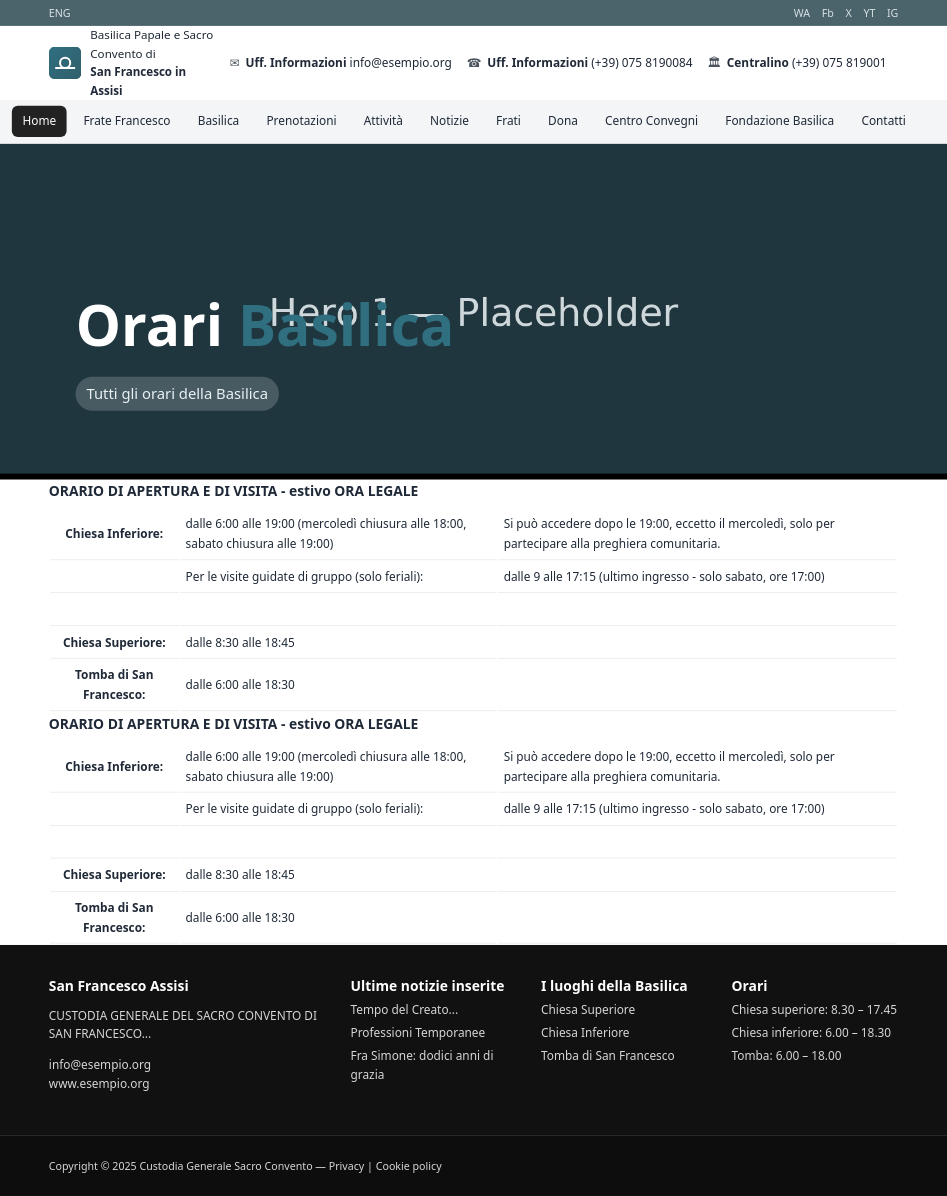
Repository: leacappello/basilica-platform-project
Page: pages/orari.html
An editor plug-in stored every save of this project. The page is shown before and after the next save, followed by the edit.
The browser window is 1280 px wide. The pictures show the whole page, at 74% of full size.

Above is the page before, as saved 2025-09-15 12:47:04.
Console error (its wording comes from the project's code and is left out).

### pages/orari.html
<!DOCTYPE html>
<html lang="it" class="no-js">

<head>
    <meta charset="utf-8" />
    <meta name="viewport" content="width=device-width, initial-scale=1" />
    <meta name="description"
        content="Basilica — Portale gemello (look & feel dimostrativo, contenuti e immagini originali)">
    <title>Basilica — Progetto gemello</title>

    <!-- Foglio di stile principale -->
    <link rel="stylesheet" href="../assets/styles.css" />

    <!-- Se JS è attivo, rimuoviamo la classe .no-js (utile per fallback menu) -->
    <script>document.documentElement.classList.remove('no-js');</script>
</head>

<body>

    <!-- ======================================================================
       TOPBAR: lingua + social (banda superiore sottile)
       ====================================================================== -->
    <div class="topbar">
        <div class="container topbar__inner">
            <div class="topbar__lang">
                <a href="#" aria-label="Versione in inglese">ENG</a>
            </div>
            <div class="topbar__social" aria-label="Social">
                <a href="#" aria-label="WhatsApp" title="WhatsApp">WA</a>
                <a href="#" aria-label="Facebook" title="Facebook">Fb</a>
                <a href="#" aria-label="X" title="X">X</a>
                <a href="#" aria-label="YouTube" title="YouTube">YT</a>
                <a href="#" aria-label="Instagram" title="Instagram">IG</a>
            </div>
        </div>
    </div>

    <!-- ======================================================================
       HEADER (masthead): logo + contatti rapidi + hamburger mobile
       Sticky con nav principale subito sotto
       ====================================================================== -->
    <header class="masthead">
        <div class="container masthead__inner">
            <!-- BRAND: logo + denominazione (il logo è decorativo; il nome è testuale) -->
            <a class="brand" href="#home" aria-label="Vai alla Home">
                <img src="images/logo.svg" alt="" class="brand__logo" aria-hidden="true" />
                <span class="brand__name">
                    Basilica Papale e Sacro Convento di<br />
                    <strong>San Francesco in Assisi</strong>
                </span>
            </a>

            <!-- CONTATTI RAPIDI: tre blocchi -->
            <ul class="masthead__contacts" aria-label="Contatti rapidi">
                <li>
                    <span class="ic" aria-hidden="true">✉</span>
                    <div>
                        <strong>Uff. Informazioni</strong>
                        <a href="mailto:info@esempio.org">info@esempio.org</a>
                    </div>
                </li>
                <li>
                    <span class="ic" aria-hidden="true">☎</span>
                    <div>
                        <strong>Uff. Informazioni</strong>
                        <a href="tel:+390758190084">(+39) 075 8190084</a>
                    </div>
                </li>
                <li>
                    <span class="ic" aria-hidden="true">🏛</span>
                    <div>
                        <strong>Centralino</strong>
                        <a href="tel:+39075819001">(+39) 075 819001</a>
                    </div>
                </li>
            </ul>

            <!-- HAMBURGER per mobile -->
            <button id="menu-button" class="menu-button" aria-controls="primary-nav" aria-expanded="false">
                <span class="sr-only">Apri/chiudi menu</span>
                <span aria-hidden="true" class="menu-icon"></span>
            </button>
        </div>

        <!-- NAV PRINCIPALE (mega-nav semplificato con sottomenù a tendina) -->
        <nav id="primary-nav" class="nav" aria-label="Navigazione principale">
            <ul class="nav__root">
                <li class="is-active"><a href="#home">Home</a></li>

                <li class="has-sub">
                    <a href="#frate">Frate Francesco</a>
                    <ul class="nav__sub">
                        <li><a href="#">Storia di un santo</a></li>
                        <li><a href="#">Scritti</a></li>
                    </ul>
                </li>

                <li class="has-sub">
                    <a href="#basilica">Basilica</a>
                    <ul class="nav__sub">
                        <li><a href="#">Chiesa superiore</a></li>
                        <li><a href="#">Chiesa inferiore</a></li>
                        <li><a href="#">Cripta</a></li>
                    </ul>
                </li>

                <li class="has-sub">
                    <a href="#prenotazioni">Prenotazioni</a>
                    <ul class="nav__sub">
                        <li><a href="#">Visite individuali</a></li>
                        <li><a href="#">Gruppi</a></li>
                    </ul>
                </li>

                <li class="has-sub">
                    <a href="#attivita">Attività</a>
                    <ul class="nav__sub">
                        <li><a href="#">Pastorale</a></li>
                        <li><a href="#">Cultura</a></li>
                    </ul>
                </li>

                <li><a href="#notizie">Notizie</a></li>

                <li class="has-sub">
                    <a href="#frati">Frati</a>
                    <ul class="nav__sub">
                        <li><a href="#">Comunità</a></li>
                    </ul>
                </li>

                <li class="has-sub">
                    <a href="#dona">Dona</a>
                    <ul class="nav__sub">
                        <li><a href="#">Come donare</a></li>
                    </ul>
                </li>

                <li><a href="#centro">Centro Convegni</a></li>
                <li><a href="#fondazione">Fondazione Basilica</a></li>
                <li><a href="#contatti">Contatti</a></li>
            </ul>
        </nav>
    </header>

    <!-- ======================================================================
       HERO: slider immagini + titolo
       ====================================================================== -->
    <div class="main-content">

        <section id="home" class="hero" aria-label="Sezione introduttiva">
            <div class="hero__slides">
                <figure class="hero__slide is-active">
                    <img src="../images/hero-1.jpg" alt="Affreschi della Basilica" loading="eager">
                    <figcaption>
                        <h1>Orari <span class="accent">
                            Basilica</span></h1>
                        <p class="pill">Tutti gli orari della Basilica</p>
                    </figcaption>
                </figure>
            </div>
        </section>

        <section>
            <div class="container">
                <div class="row">
                    <div class="">
                        <h3 class="orari">ORARIO DI APERTURA E DI VISITA - estivo ORA LEGALE</h3>
                        <table class="orari">
                            <tbody>
                                <tr>
                                    <th scope="col">Chiesa Inferiore:</th>
                                    <td>dalle 6:00 alle 19:00 (mercoledì chiusura alle 18:00, sabato chiusura alle
                                        19:00)</td>
                                    <td>Si può accedere dopo le 19:00, eccetto il mercoledì, solo per partecipare alla
                                        preghiera comunitaria.</td>
                                </tr>
                                <tr>
                                    <td>&nbsp;</td>
                                    <td>Per le visite guidate di gruppo (solo feriali):</td>
                                    <td>dalle 9 alle 17:15 (ultimo ingresso - solo sabato, ore 17:00)</td>
                                </tr>
                                <tr>
                                    <td>&nbsp;</td>
                                    <td></td>
                                    <td></td>
                                </tr>
                                <tr>
                                    <th>Chiesa Superiore:</th>
                                    <td>dalle 8:30 alle 18:45</td>
                                    <td></td>
                                </tr>
                                <tr>
                                    <th>Tomba di San Francesco:</th>
                                    <td>dalle 6:00 alle 18:30</td>
                                    <td></td>
                                </tr>
                            </tbody>
                        </table>

                        <h3>ORARIO DI APERTURA E DI VISITA - estivo ORA LEGALE</h3>
                        <table class="orari">
                            <tbody>
                                <tr>
                                    <th scope="col">Chiesa Inferiore:</th>
                                    <td>dalle 6:00 alle 19:00 (mercoledì chiusura alle 18:00, sabato chiusura alle
                                        19:00)</td>
                                    <td>Si può accedere dopo le 19:00, eccetto il mercoledì, solo per partecipare alla
                                        preghiera comunitaria.</td>
                                </tr>
                                <tr>
                                    <td>&nbsp;</td>
                                    <td>Per le visite guidate di gruppo (solo feriali):</td>
                                    <td>dalle 9 alle 17:15 (ultimo ingresso - solo sabato, ore 17:00)</td>
                                </tr>
                                <tr>
                                    <td>&nbsp;</td>
                                    <td></td>
                                    <td></td>
                                </tr>
                                <tr>
                                    <th>Chiesa Superiore:</th>
                                    <td>dalle 8:30 alle 18:45</td>
                                    <td></td>
                                </tr>
                                <tr>
                                    <th>Tomba di San Francesco:</th>
                                    <td>dalle 6:00 alle 18:30</td>
                                    <td></td>
                                </tr>
                            </tbody>
                        </table>



                    </div>
                </div>
            </div>
        </section>
    </div>


    <!-- ======================================================================
       FOOTER “mega”: 4 colonne + riga legale con anno dinamico
       ====================================================================== -->
    <footer class="site-footer" role="contentinfo">
        <div class="container footer__grid">
            <section>
                <h3 class="footer__title">San Francesco Assisi</h3>
                <p>CUSTODIA GENERALE DEL SACRO CONVENTO DI SAN FRANCESCO...</p>
                <p>
                    <a href="mailto:info@esempio.org">info@esempio.org</a><br>
                    <a href="https://www.esempio.org">www.esempio.org</a>
                </p>
            </section>

            <section>
                <h3 class="footer__title">Ultime notizie inserite</h3>
                <ul class="footer__list">
                    <li><a href="#">Tempo del Creato...</a></li>
                    <li><a href="#">Professioni Temporanee</a></li>
                    <li><a href="#">Fra Simone: dodici anni di grazia</a></li>
                </ul>
            </section>

            <section>
                <h3 class="footer__title">I luoghi della Basilica</h3>
                <ul class="footer__list">
                    <li><a href="#">Chiesa Superiore</a></li>
                    <li><a href="#">Chiesa Inferiore</a></li>
                    <li><a href="#">Tomba di San Francesco</a></li>
                </ul>
            </section>

            <section>
                <h3 class="footer__title">Orari</h3>
                <ul class="footer__list">
                    <li>Chiesa superiore: 8.30 – 17.45</li>
                    <li>Chiesa inferiore: 6.00 – 18.30</li>
                    <li>Tomba: 6.00 – 18.00</li>
                </ul>
            </section>
        </div>

        <div class="footer__legal">
            <div class="container">
                <p>Copyright © <span id="year"></span> Custodia Generale Sacro Convento — <a href="#">Privacy</a> | <a
                        href="#">Cookie policy</a></p>
            </div>
        </div>
    </footer>

    <!-- Script frontend: toggle menu, slider, evidenziazione link, anno -->
    <script src="../assets/script.js"></script>
</body>

</html>

### assets/styles.css
/* ==========================================================================
   STILE PRINCIPALE — Basilica Twin (frontend fedele, leggero, accessibile)
   - Palette teal/slate ispirata
   - Layout con Grid/Flex, breakpoint tablet/mobile
   - Componenti: topbar, masthead, nav con sottomenù, hero+cards, eventi,
                 cards notizie, stats overlay, footer mega
   ========================================================================== */

/* ============== Token / Reset ============== */
:root{
  --bg:#ffffff; --fg:#1f2937; --muted:#6b7280;
  --brand:#3b5961;
  --brand-700:#2f474e;
  --accent:#315f6b;
  --surface:#f5f7f9;
  --border:#e5e7eb;

  --container:1180px;
  --radius:12px;
  --shadow:0 8px 24px rgba(0,0,0,.12);

  --space-2:.5rem; --space-3:.75rem; --space-4:1rem;
  --space-6:1.5rem; --space-8:2rem; --space-10:2.5rem;

  --fs-sm:.9rem; --fs-base:1rem; --fs-lg:1.125rem;
  --fs-xl:1.5rem; --fs-2xl:2rem; --lh:1.6;

  --header-h:64px;
}

*{box-sizing:border-box}
html,body{margin:0}
body{
  font:400 var(--fs-base)/var(--lh) ui-sans-serif,system-ui,-apple-system,"Segoe UI",Roboto,Arial;
  color:var(--fg); background:var(--bg);
}
h1,h2,h3{margin:.25rem 0 var(--space-3); line-height:1.2}
h1{font-size:clamp(2rem,5vw,3rem)}
h2{font-size:clamp(1.5rem,3.5vw,2.25rem)}
a{color:inherit; text-decoration:none}
a:hover{text-decoration:underline}
.muted{color:var(--muted)}
.accent{color:#2f6f80}

.container{max-width:var(--container);margin-inline:auto;padding-inline:var(--space-4)}
.section{padding-block:var(--space-10)}
.sr-only{position:absolute;width:1px;height:1px;overflow:hidden;clip:rect(0,0,0,0);white-space:nowrap}

/* ============== Topbar ============== */
.topbar{background:#4b636b;color:#e6eef1;font-size:var(--fs-sm)}
.topbar__inner{display:flex;justify-content:space-between;align-items:center;padding-block:6px}
.topbar a{color:#e6eef1;opacity:.9}
.topbar a:hover{opacity:1}
.topbar__social a{margin-left:12px}

/* ============== Masthead (logo+contatti+hamburger) ============== */
.masthead{background:#fff;border-bottom:1px solid var(--border);position:sticky;top:0;z-index:30}
.masthead__inner{
  display:grid;grid-template-columns:1fr auto auto;gap:1rem;align-items:center;min-height:var(--header-h)
}
.brand{display:flex;align-items:center;gap:.75rem;text-decoration:none}
.brand__logo{width:44px;height:44px;object-fit:contain}
.brand__name{font-size:.98rem}
.masthead__contacts{list-style:none;display:flex;gap:1.25rem;margin:0;padding:0}
.masthead__contacts li{display:flex;gap:.5rem;align-items:center}
.ic{font-style:normal;opacity:.8}

/* Hamburger (mobile only) */
.menu-button{display:none;background:transparent;border:0;cursor:pointer}
.menu-icon{width:24px;height:2px;background:var(--fg);display:inline-block;position:relative}
.menu-icon::before,.menu-icon::after{content:"";position:absolute;left:0;width:24px;height:2px;background:var(--fg)}
.menu-icon::before{top:-6px}.menu-icon::after{top:6px}

/* ============== Nav (root + submenu) ============== */
.nav{background:#f3f5f6}
.nav__root{display:flex;gap:.5rem;list-style:none;margin:0;padding:.5rem var(--space-4)}
.nav__root>li>a{display:block;padding:.5rem .9rem;border-radius:8px}
.nav__root>li.is-active>a{background:#222;color:#fff}
.nav a[aria-current="page"]{background:#222;color:#fff;border-radius:8px}

/* Sottomenù desktop (hover) */
.has-sub{position:relative}
.has-sub>.nav__sub{
  display:none;position:absolute;left:0;top:calc(100% + 6px);
  min-width:240px;background:#fff;border:1px solid var(--border);
  border-radius:10px;box-shadow:var(--shadow);padding:.5rem
}
.has-sub:hover>.nav__sub{display:block}
.nav__sub{list-style:none;margin:0}
.nav__sub a{display:block;padding:.5rem .75rem;border-radius:6px}
.nav__sub a:hover{background:#f7f7f9}

/* ============== Hero (slider + overlay cards) ============== */
.hero{position:relative;background:#000;color:#fff}
.hero__slides{position:relative;overflow:hidden}
.hero__slide{display:none;margin:0}
.hero__slide.is-active{display:block}
.hero__slide img{width:100%;height:62vh;min-height:420px;object-fit:cover;opacity:.9}
.hero__slide figcaption{position:absolute;left:8%;bottom:16%;max-width:700px}
.hero__slide h1{font-size:clamp(2.5rem,6vw,5rem);font-weight:600}
.pill{
  display:inline-block;margin-top:.75rem;padding:.45rem .9rem;
  background:rgba(255,255,255,.18);border-radius:999px;color:#e9f1f3;font-size:1.25rem
}

/* Controlli slider */
.hero__ctrl{
  position:absolute;top:50%;transform:translateY(-50%);
  background:rgba(0,0,0,.35);color:#fff;border:0;border-radius:999px;
  width:40px;height:40px;cursor:pointer
}
.hero__ctrl.prev{left:14px}
.hero__ctrl.next{right:14px}

/* Overlay 4 card */
.hero__overlay{position:relative}
.hero__cards{
  display:grid;grid-template-columns:repeat(4,1fr);gap:1rem;margin-top:-70px
}
.card{
  background:#526e76;color:#ecf1f3;padding:1.1rem;border-radius:14px;box-shadow:var(--shadow)
}
.card h3{margin:.1rem 0 .35rem}
.card .btn{margin-top:.5rem}

/* ============== Buttons ============== */
.btn{
  display:inline-block;font-weight:600;border:0;border-radius:10px;
  padding:.65rem 1rem;cursor:pointer;text-decoration:none
}
.btn--primary{background:var(--brand);color:#fff}
.btn--primary:hover{background:var(--brand-700)}
.btn--ghost{background:transparent;color:#fff;border:1px solid rgba(255,255,255,.7)}
.btn--ghost:hover{background:rgba(255,255,255,.12)}

/* ============== Eventi a 2 colonne ============== */
.grid-2{display:grid;grid-template-columns:2fr 1.2fr;gap:2rem}
.eyebrow{color:var(--muted);letter-spacing:.06em;text-transform:uppercase;font-size:.85rem}
.media img{width:100%;border-radius:12px}

.events{list-style:none;margin:0;padding:0;display:grid;gap:1rem}
.events li{
  display:grid;grid-template-columns:70px 1fr;gap:1rem;align-items:start;
  border-bottom:1px solid var(--border);padding-bottom:1rem
}
.date{
  width:70px;background:#315f6b;color:#fff;border-radius:8px;
  display:grid;place-items:center;padding:.35rem 0
}
.date span{font-size:1.4rem;font-weight:700;line-height:1}
.date small{opacity:.8}

/* ============== Cards 3 (notizie/progetti) ============== */
.cards-3{display:grid;grid-template-columns:repeat(3,1fr);gap:1.2rem}
.post{
  background:#fff;border:1px solid var(--border);border-radius:12px;
  overflow:hidden;display:flex;flex-direction:column
}
.post img{width:100%;aspect-ratio:16/9;object-fit:cover}
.post__body{padding:1rem;display:grid;gap:.5rem}
.badge{
  display:inline-flex;align-items:center;gap:.5rem;background:#e6eef1;
  border-radius:8px;padding:.25rem .5rem;color:#2f4f59;font-weight:700
}
.post__title{font-weight:700;text-decoration:none}
.readmore{font-weight:600;color:var(--accent);text-decoration:none}

/* ============== Stats (background con overlay scuro fisso) ============== */
.stats{
  background:url('../images/hero-1.jpg') center/cover no-repeat fixed;
  position:relative;color:#e9eef1
}
.stats::before{content:"";position:absolute;inset:0;background:rgba(22,32,41,.65)}
.stats__grid{
  position:relative;display:grid;grid-template-columns:repeat(4,1fr);
  gap:2rem;padding-block:3rem
}
.stats__grid .n{font-size:2.25rem;font-weight:800}

/* ============== Footer “mega” ============== */
.site-footer{background:#111;color:#d6d6d6}
.footer__grid{display:grid;grid-template-columns:2fr 1.2fr 1.2fr 1.2fr;gap:2rem;padding-block:2.5rem}
.footer__title{color:#fff;margin-bottom:.5rem}
.footer__list{list-style:none;margin:0;padding:0;display:grid;gap:.35rem}
.footer__legal{border-top:1px solid #333;background:#0d0d0d;font-size:.9rem}
.footer__legal .container{padding-block:.9rem}
.center{text-align:center}
.mt-4{margin-top:var(--space-4)}

/* ============== Responsive ============== */
@media (max-width: 1024px){
  .masthead__inner{grid-template-columns:1fr auto auto}
  .hero__cards{grid-template-columns:repeat(2,1fr);margin-top:-50px}
  .grid-2{grid-template-columns:1fr}
  .cards-3{grid-template-columns:1fr 1fr}
}
@media (max-width: 768px){
  .masthead__contacts{display:none}
  .menu-button{display:inline-block}
  .nav{display:none}
  .nav[data-open="true"]{display:block}
  .nav__root{flex-direction:column}
  .hero__cards{grid-template-columns:1fr;margin-top:-30px}
  .cards-3{grid-template-columns:1fr}
  .stats__grid{grid-template-columns:1fr 1fr}
}
@media (max-width: 480px){
  .stats__grid{grid-template-columns:1fr}
}

/* ============== No-JS fallback ============== */
.no-js .nav{display:block}

/* ============== Tabella Orari ============== */
.orari table{
  width:100%;
  border-collapse:collapse;
  padding:.5rem;
  border:1px solid var(--border)
}
.orari th,.orari td{
  padding:.5rem;
  border-bottom:1px solid var(--border)
}

.orari h3{
  margin-top: 20px; font-size: 1.5rem;
  margin-bottom:.5rem;
  border-bottom:1px solid var(--border);
  padding-bottom:.5rem
}
/* ============== Tabella Orari ============== */

Loaded but not shown: assets/script.js (113 lines, source omitted)

After the next save:
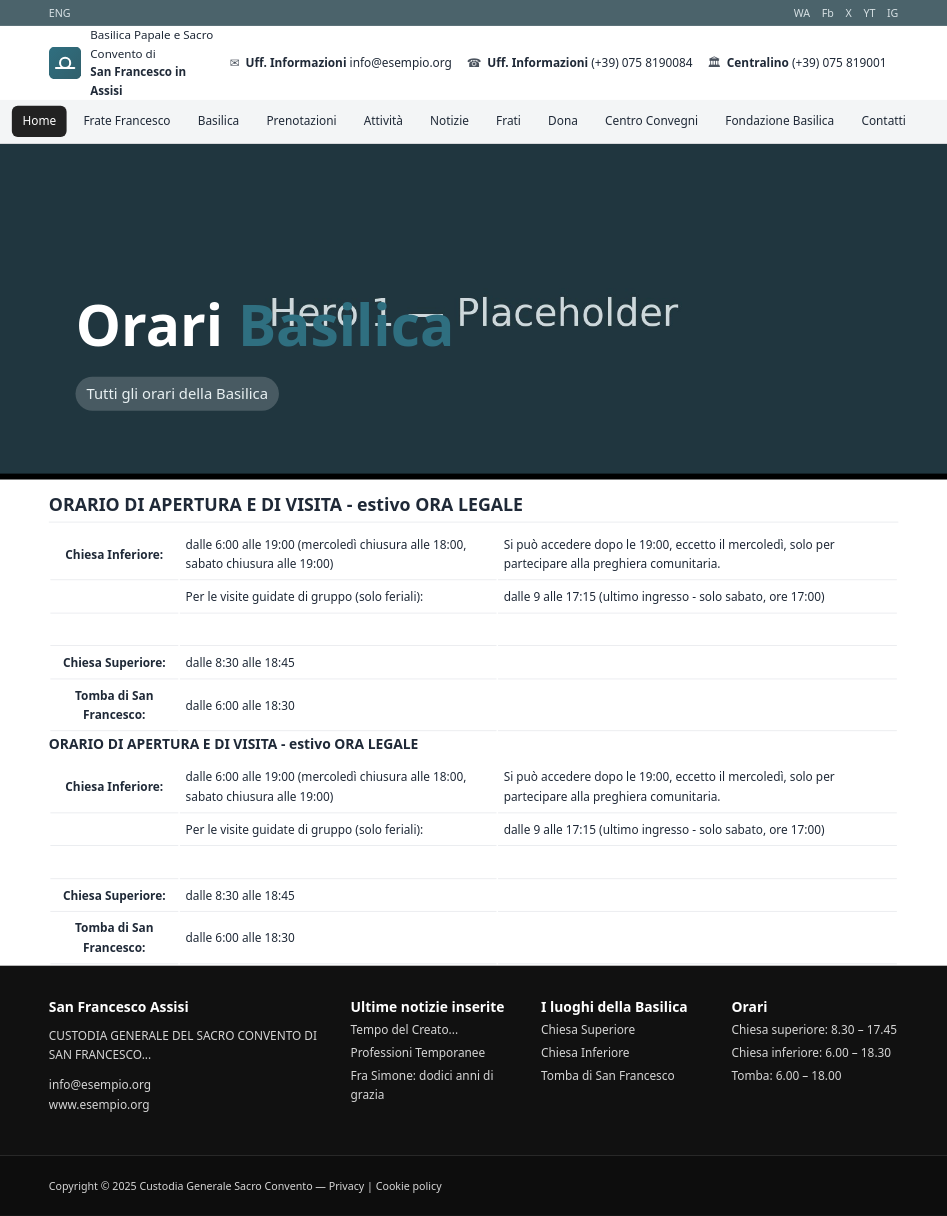
Saved 38 s later.
--- a/pages/orari.html
+++ b/pages/orari.html
@@ -165,7 +165,7 @@
             <div class="container">
                 <div class="row">
                     <div class="">
-                        <h3 class="orari">ORARIO DI APERTURA E DI VISITA - estivo ORA LEGALE</h3>
+                        <h3 class="titolo-orari">ORARIO DI APERTURA E DI VISITA - estivo ORA LEGALE</h3>
                         <table class="orari">
                             <tbody>
                                 <tr>
--- a/assets/styles.css
+++ b/assets/styles.css
@@ -223,7 +223,7 @@ a:hover{text-decoration:underline}
   border-bottom:1px solid var(--border)
 }
 
-.orari h3{
+.titolo-orari{
   margin-top: 20px; font-size: 1.5rem;
   margin-bottom:.5rem;
   border-bottom:1px solid var(--border);
